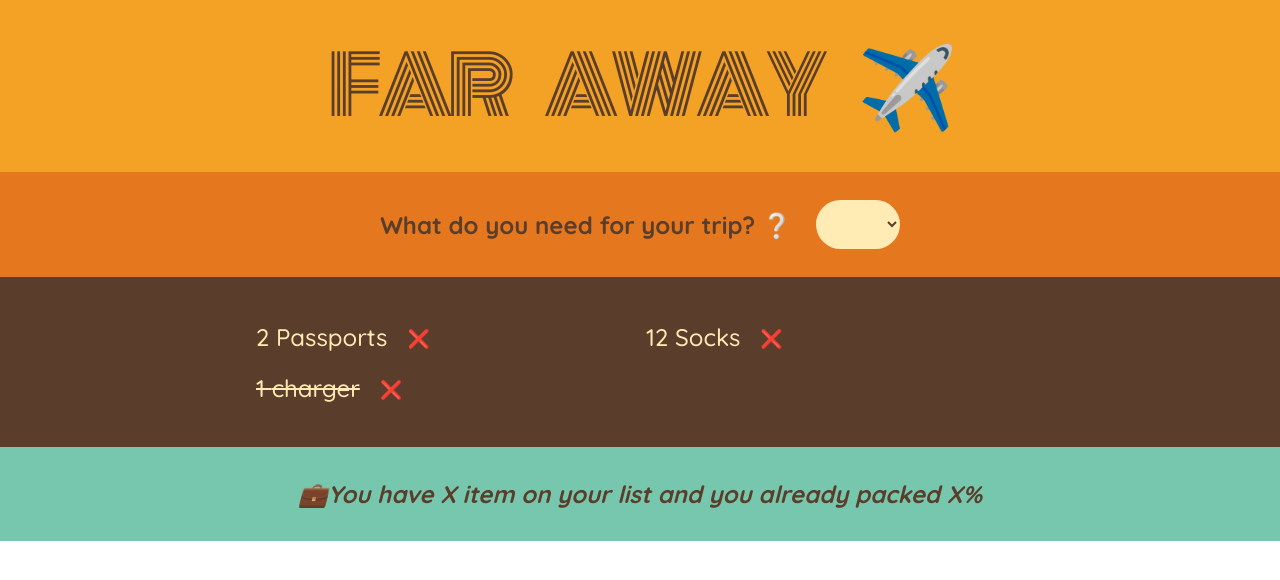
Repository: vgor15/Far-Away
Page: /
An editor plug-in stored every save of this project. The page is shown before and after the next save, followed by the edit.
The browser window is 1280 px wide. The pictures show the whole page.
The project was rebuilt for these pictures with package versions that can differ from the ones it lists, and the page was loaded fresh each time.

Above is the page before, as saved 2025-03-08 23:59:18.

After the next save:
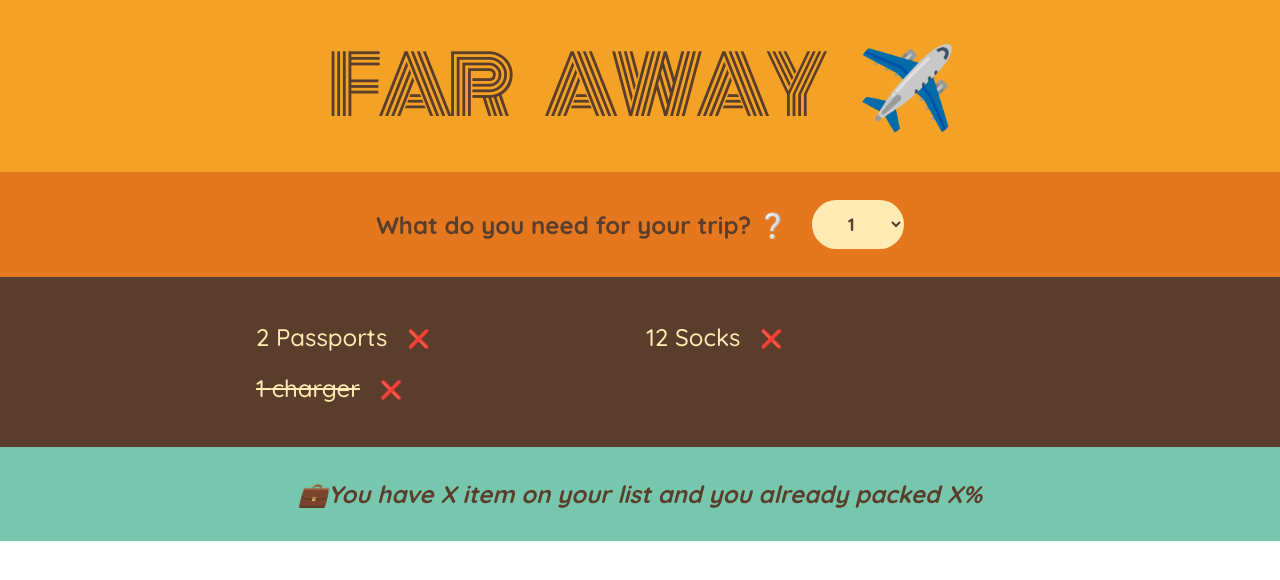
Saved 8 s later.
--- a/src/App.js
+++ b/src/App.js
@@ -24,7 +24,7 @@
     <div className="add-form">
       <h3>What do you need for your trip? ❔</h3>
       <select>
-        <option></option>
+        <option>1</option>
       </select>
     </div>
   );
